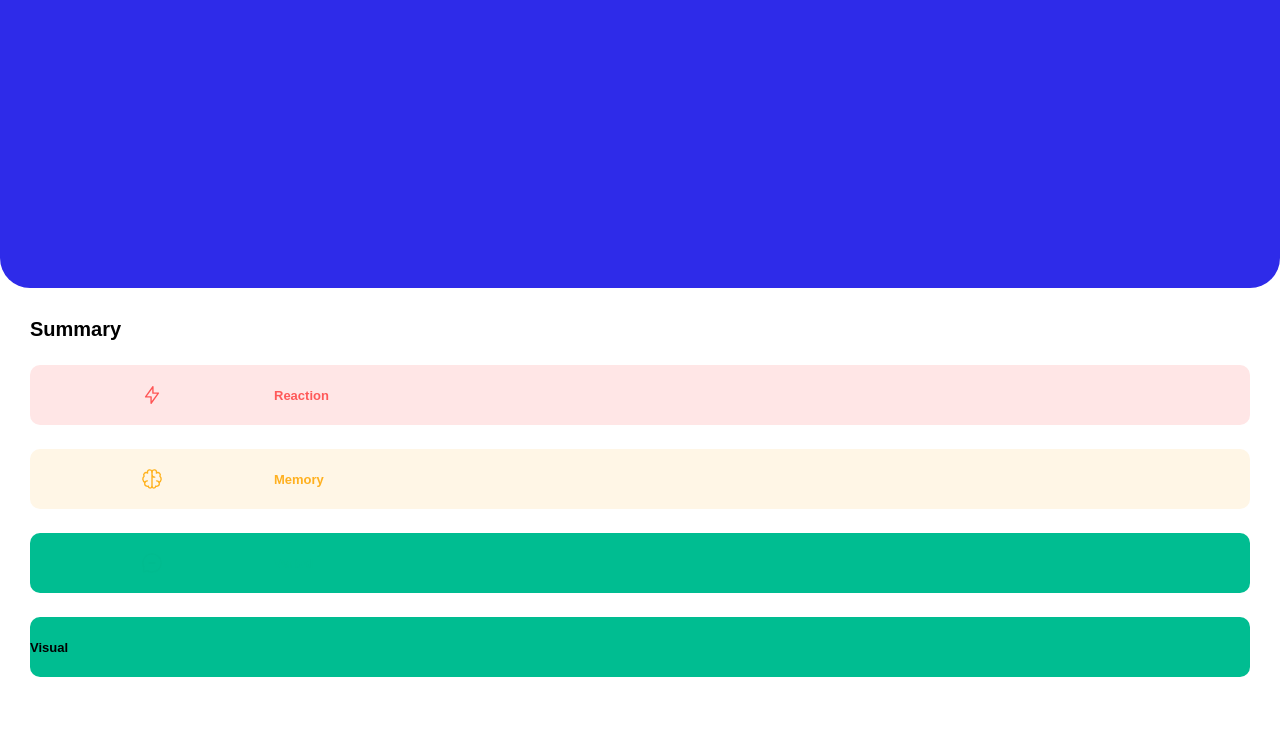
Repository: limaneto/frontend-mentor-results-summary
Page: index.html
These files come from the project's save history. The page is drawn as it stood at one moment and after the next save; the edit follows.
The browser window is 1280 px wide. The pictures show the whole page.

Above is the page before, as saved 2023-11-06 01:39:25.

After the next save:
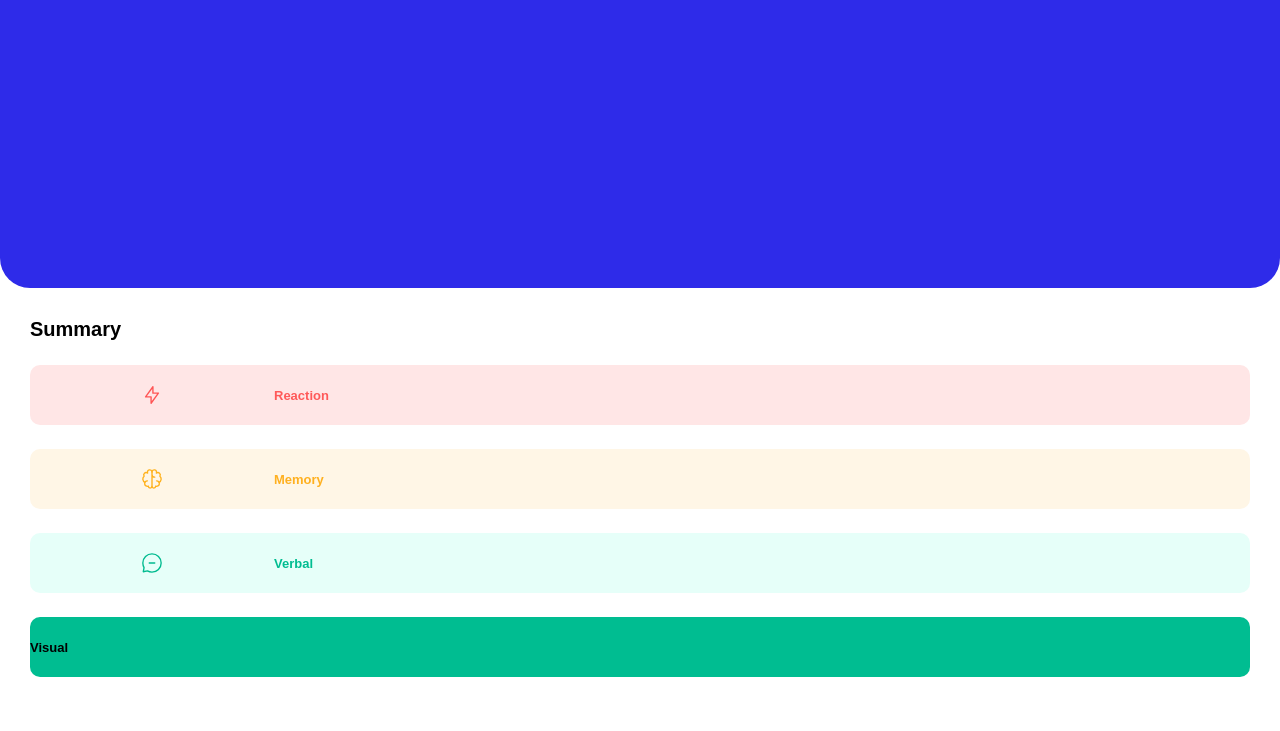
Saved 11 s later.
--- a/style.css
+++ b/style.css
@@ -79,7 +79,7 @@ summary > ul > li {
 
 #verbal {
   color: var(--green);
-  background-color: sl(166, 100%, 95%);
+  background-color: hsl(166, 100%, 95%);
 }
 
 #icons {
